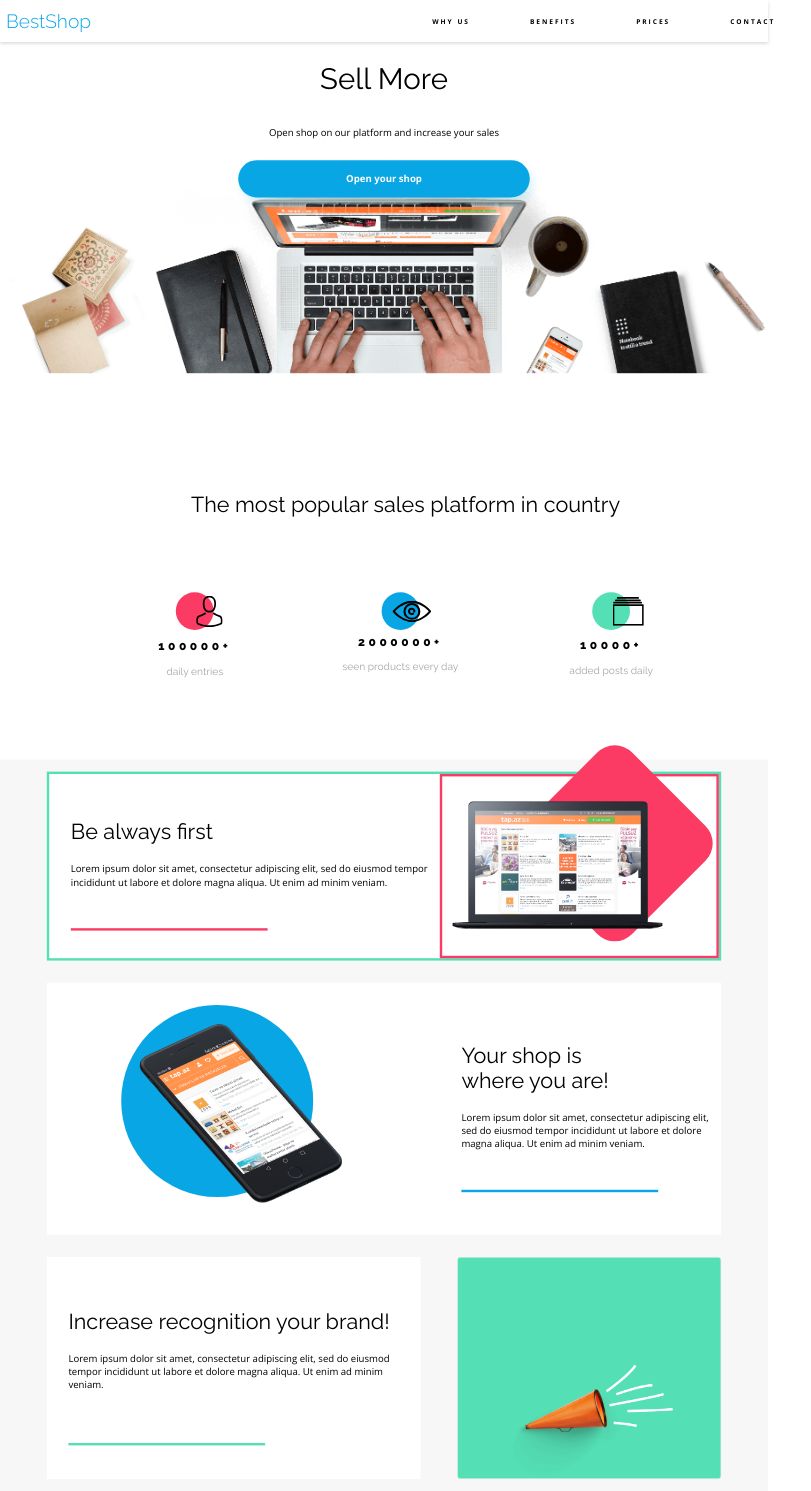
Repository: Widzisz/bestshop-website
Page: index.html
These files come from the project's save history. The page is drawn as it stood at one moment and after the next save; the edit follows.
The browser window is 1280 px wide. The page is 1352 px wide, so the pictures cover 1352 px, including what lies to the right of the window. The pictures show the whole page, at 60% of full size.

Above is the page before, as saved 2021-03-20 11:21:09.

### index.html
<!DOCTYPE html>
<html lang="en">

<head>
  <meta charset="UTF-8">
  <meta http-equiv="X-UA-Compatible" content="IE=edge">
  <meta name="viewport" content="width=device-width, initial-scale=1.0">
  <link rel="preconnect" href="https://fonts.gstatic.com">
  <link
    href="https://fonts.googleapis.com/css2?family=Open+Sans:ital,wght@0,300;0,400;0,600;0,700;0,800;1,300;1,400;1,600;1,700;1,800&family=Raleway:ital,wght@0,100;0,200;0,300;0,400;0,500;0,600;0,700;0,800;0,900;1,100;1,200;1,300;1,400;1,500;1,600;1,700;1,800;1,900&display=swap"
    rel="stylesheet">
  <title>BestShop</title>
  <link rel="stylesheet" href="css/normalize.css">
  <link rel="stylesheet" href="css/style.css">
</head>

<body>
  <div class="hero">
    <!--!!! HEADER + NAV !!!-->
    <header class="header">
      <div class="container">

        <div class="logo">
          <a href="" class="logo__title">
            BestShop
          </a>
        </div>

        <nav class="menu">
          <ul class="menu__list">
            <li><a href="">WHY US</a></li>
            <li><a href="">BENEFITS</a></li>
            <li><a href="">PRICES</a></li>
            <li><a href="">CONTACT</a></li>
          </ul>
        </nav>

      </div>
    </header>

    <!--!!! SEKCJA PIERWSZA !!!-->
    <section class="welcome">
      <div class="welcome__rows">
        <h1 class="welcome__rows-title">
          Sell More
        </h1>
        <p class="welcome__rows-text">
          Open shop on our platform and increase your sales
        </p>
        <div class="welcome__rows-btn">
          <a href="" class="welcome__rows-btn-1">
            Open your shop
          </a>
        </div>
      </div>
    </section>

    <!--!!! SEKCJA DRUGA !!!-->
    <section class="container">
      <div class="statistics">
        <h2 class="statistics__title">
          The most popular sales platform in country
        </h2>

        <div class="statistics__rows">

          <div class="statistics__rows-1">
            <div class="statistics__rows-picture">
              <div class="statistics__rows-circle-1">
              </div>
              <img src="images/person.svg" alt="" class="statistics-icon-1">
            </div>
            <p class="statistics__rows-numbers">
              100000+
            </p>
            <p class="statistics__rows-text">
              daily entries
            </p>
          </div>

          <div class="statistics__rows-2">
            <div class="statistics__rows-picture">
              <div class="statistics__rows-circle-2">
              </div>
              <img src="images/eye.svg" alt="" class="statistics-icon-2">
            </div>
            <p class="statistics__rows-numbers">
              2000000+
            </p>
            <p class="statistics__rows-text">
              seen products every day
            </p>
          </div>

          <div class="statistics__rows-3">
            <div class="statistics__rows-picture">
              <div class="statistics__rows-circle-3">
              </div>
              <img src="images/catalog.svg" alt="" class="statistics-icon-3">
            </div>
            <p class="statistics__rows-numbers">
              10000+
            </p>
            <p class="statistics__rows-text">
              added posts daily
            </p>
          </div>


        </div>
      </div>
    </section>


    <!--!!! SEKCJA TRZECIA !!!-->
    <div class="hero-2">
      <section class="container-2">

        <div class="promotion-1">
          <div class="promotion__image-1">
            <div class="promotion__picture">
              <img src="images/macbook.png" alt="" class="promotion__picture-1">
            </div>
            <div class="promotion__image-figure-1">
            </div>
          </div>
          <div class="text__rows">
            <h2 class="text__rows-title">
              Be always first
            </h2>
            <p class="text__rows-text">
              Lorem ipsum dolor sit amet, consectetur adipiscing elit, sed do eiusmod tempor incididunt ut labore et
              dolore magna aliqua. Ut enim ad minim veniam.
            </p>
            <div class="text__rows-underline-1">
            </div>
          </div>
        </div>

        <div class="promotion-2">
          <div class="promotion__image-2">
            <div class="promotion__picture">
              <img src="images/iphone.png" alt="" class="promotion__picture-2">
            </div>
            <div class="promotion__image-figure-2">
            </div>
          </div>
          <div class="text__rows-2">
            <h2 class="text__rows-title-2">
              Your shop is where you are!
            </h2>
            <p class="text__rows-text">
              Lorem ipsum dolor sit amet, consectetur adipiscing elit, sed do eiusmod tempor incididunt ut labore et
              dolore magna aliqua. Ut enim ad minim veniam.
            </p>
            <div class="text__rows-underline-2">
            </div>
          </div>
        </div>



        <div class="promotion-3">

          <div class="promotion-3__container">
            <div class="text__rows">
              <h2 class="text__rows-title-3">
                Increase recognition your brand!
              </h2>
              <p class="text__rows-text-3">
                Lorem ipsum dolor sit amet, consectetur adipiscing elit, sed do eiusmod tempor incididunt ut labore et
                dolore magna aliqua. Ut enim ad minim veniam.
              </p>
              <div class="text__rows-underline-3">
              </div>
            </div>
          </div>



          <div class="promotion__image-3">
            <div class="promotion__picture">
              <img src="images/trumpet.png" alt="" class="promotion__picture-3">
            </div>
            <div class="promotion__image-figure-3">
            </div>
          </div>
        </div>



      </section>
    </div>

  </div>

  </div>




</body>

</html>

### css/style.css
:root {
  --c-primary: #08a6e4;
  --c-primary-shadow: rgba(7, 172, 230, 0.16);
  --c-redish: #fb3b64;
  --c-green: #55dfb4;
  --c-black: #000000;
  --c-grey: #a5a5a5;
  --c-light-grey: #f7f7f7;
  --c-white: #ffffff;
  --font-open: "Open Sans", sans-serif;
  --font-raleway: "Raleway", sans-serif;
  --cursor-pointer: pointer;
}

html {
}

* {
  box-sizing: border-box;
}
body {
  margin: 0;
}

.container {
  width: 1352px;
  margin: 0 auto;
  padding-left: 10px;
  padding-right: 10px;
}

/* -------------------------------------------------------------------------
                           NAGŁÓWEK
------------------------------------------------------------------------- */
.hero {
  width: 100%;
  height: 100vh;
  background-color: var(--c-white);
}

.header {
  width: 100%;
  height: 70px;
  background-color: var(--c-white);
  box-shadow: 0px 3px 6px #00000029;
  opacity: 1;
}

.header .container {
  height: 100%;
  display: flex;
  justify-content: space-between;
  align-items: center;
}

.logo {
}

.logo__title {
  text-align: left;
  text-decoration: none;
  color: var(--c-primary);
  letter-spacing: 0px;
  opacity: 1;
  font: normal normal 300 32px/37px var(--font-raleway);
  cursor: var(--cursor-pointer);
}

.menu {
}
.menu__list {
  list-style-type: none;
  display: flex;
}
.menu__list a {
  padding: 0 50px;
  text-decoration: none;
  text-align: center;
  font: normal normal bold 11px/15px var(--font-open);
  letter-spacing: 3.28px;
  color: var(--c-black);
  opacity: 1;
  position: relative;
}

.menu__list a::before {
  content: "";
  position: absolute;
  width: 100%;
  height: 4px;
  top: 40px;
  left: 0;
  background-color: var(--c-primary);
  visibility: hidden;
  transform: scaleX(0);
  transition: all 0.3s ease-in-out 0s;
}

.menu__list a:hover::before {
  visibility: visible;
  transform: scaleX(0.5);
}

/* -------------------------------------------------------------------------
                           SEKCJA PIERWSZA
------------------------------------------------------------------------- */
.welcome {
  height: 100vh;
  background-image: url(../images/background.png);
  background-repeat: no-repeat;
  background-size: contain;
  background-position: center;
}

.welcome__rows {
  display: flex;
  justify-content: center;
  align-items: center;
  flex-direction: column;
  padding-bottom: 100px;
}

.welcome__rows-title {
  text-align: center;
  font: normal normal normal 49px/57px var(--font-raleway);
  letter-spacing: 0px;
  color: var(--c-black);
  opacity: 1;
}

.welcome__rows-text {
  text-align: center;
  font: normal normal normal 16px/22px var(--font-open);
  letter-spacing: 0px;
  color: var(--c-black);
  opacity: 1;
}

.welcome__rows-btn {
  margin-top: 20px;
  padding: 20px 180px;
  background: var(--c-primary);
  box-shadow: 5px 10px 14px #07ace629;
  border-radius: 40px;
  opacity: 1;
}

.welcome__rows-btn-1 {
  font: normal normal bold 16px/22px var(--font-open);
  text-align: center;
  letter-spacing: 0px;
  background: var(--c-primary);
  color: var(--c-white);
  text-decoration: none;
}

/* -------------------------------------------------------------------------
                           SEKCJA DRUGA
------------------------------------------------------------------------- */

.statistics {
  display: flex;
  justify-content: center;
  align-items: center;
  flex-direction: column;
}
.statistics__title {
  text-align: center;
  font: normal normal normal 36px/42px var(--font-raleway);
  letter-spacing: 0px;
  color: var(--c-black);
  opacity: 1;
  padding-bottom: 101px;
}

.statistics__rows {
  display: flex;
  justify-content: center;
  align-items: center;
  gap: 185px;
  padding-bottom: 120px;
}

.statistics__rows-picture {
  display: flex;
  justify-content: center;
  align-items: center;
}

.statistics__rows-circle-1 {
  height: 63px;
  width: 63px;
  background: var(--c-redish);
  border-radius: 50%;
  opacity: 1;
  position: absolute;
  z-index: 0;
}

.statistics__rows-circle-2 {
  height: 63px;
  width: 63px;
  background: var(--c-primary);
  border-radius: 50%;
  opacity: 1;
  position: absolute;
  z-index: 0;
}

.statistics__rows-circle-3 {
  height: 63px;
  width: 63px;
  background: var(--c-green);
  border-radius: 50%;
  opacity: 1;
  position: absolute;
  z-index: 0;
}

.statistics-icon-1 {
  position: relative;
  left: 20%;
  z-index: 1;
}

.statistics-icon-2 {
  position: relative;
  left: 10%;
  z-index: 1;
}

.statistics-icon-3 {
  position: relative;
  left: 20%;
  z-index: 1;
}

.statistics__rows-numbers {
  text-align: center;
  font: normal normal 800 20px/24px var(--font-raleway);
  letter-spacing: 5.96px;
  color: var(--c-black);
  opacity: 1;
}

.statistics__rows-text {
  text-align: center;
  font: normal normal normal 17px/20px var(--font-raleway);
  letter-spacing: 0px;
  color: var(--c-grey);
  opacity: 1;
}

/* -------------------------------------------------------------------------
                             SEKCJA TRZECIA
------------------------------------------------------------------------- */

.hero-2 {
  width: 100%;
  min-height: 100vh;
  background: var(--c-light-grey);
  padding: 20px;
  display: flex;
  justify-content: center;
}

.container-2 {
  width: 1124px;
}

.promotion-1 {
  display: flex;
  justify-content: space-between;
  align-items: center;
  flex-direction: row-reverse;
  background: var(--c-white);
  border: 4px solid var(--c-green);
}

.promotion__image-1 {
  padding-right: 71px;
  padding-bottom: 38px;
  padding-top: 38px;
  display: flex;
  justify-content: center;
  align-items: center;
  position: relative;
  border: 4px solid var(--c-redish);
}
.promotion__picture {
}
.promotion__picture-1 {
  width: 386px;
  height: 219px;
  position: relative;
  z-index: 1;
}

.promotion__image-figure-1 {
  background-color: var(--c-redish);
  width: 255px;
  height: 255px;
  border-radius: 41px;
  opacity: 1;
  transform: rotate(45deg);
  position: absolute;
  bottom: 60px;
  left: 160px;
  z-index: 0;
}

.text__rows {
  padding-left: 36px;
}

.text__rows-title {
  text-align: left;
  font: normal normal normal 36px/42px var(--font-raleway);
  letter-spacing: 0px;
  color: var(--c-black);
  opacity: 1;
}
.text__rows-text {
  text-align: left;
  font: normal normal normal 16px/22px var(--font-open);
  letter-spacing: 0px;
  color: var(--c-black);
  opacity: 1;
}
.text__rows-underline-1 {
  width: 328px;
  height: 0px;
  border-bottom: 4px solid var(--c-redish);
  padding-top: 50px;
  opacity: 1;
}

.promotion-2 {
  margin: 37px 0;
  display: flex;
  justify-content: space-between;
  align-items: center;
  background: var(--c-white);
  gap: 194px;
}

.promotion__image-2 {
  padding-left: 71px;
  padding-bottom: 38px;
  padding-top: 12px;
  display: flex;
  justify-content: center;
  align-items: center;
  position: relative;
}

.promotion__picture-2 {
  width: 426px;
  height: 328px;
  position: relative;
  top: 30px;
  left: 50px;
  z-index: 1;
}

.promotion__image-figure-2 {
  width: 320px;
  height: 320px;
  background: var(--c-primary);
  border-radius: 50%;
  position: absolute;
  z-index: 0;
}

.text__rows-underline-2 {
  width: 328px;
  height: 0px;
  border-bottom: 4px solid var(--c-primary);
  padding-top: 50px;
}

.text__rows-2 {
  padding-right: 20px;
  padding-bottom: 71px;
  padding-top: 69px;
}

.text__rows-title-2 {
  width: 246px;
  text-align: left;
  font: normal normal normal 36px/42px var(--font-raleway);
  letter-spacing: 0px;
  color: var(--c-black);
  opacity: 1;
}

.promotion-3 {
  display: flex;
  justify-content: space-between;
  align-items: center;
  column-gap: 61px;
}

.promotion-3__container {
  width: 623px;
  height: 370px;
  display: flex;
  justify-content: center;
  align-items: center;
  background-color: var(--c-white);
}

.text__rows-title-3 {
  text-align: left;
  font: normal normal normal 36px/42px var(--font-raleway);
  letter-spacing: 0px;
  color: var(--c-black);
}

.text__rows-text-3 {
  text-align: left;
  font: normal normal normal 16px/22px var(--font-open);
  letter-spacing: 0px;
  color: var(--c-black);
}

.text__rows-underline-3 {
  width: 328px;
  height: 0px;
  border-bottom: 4px solid var(--c-green);
  padding-top: 70px;
}

.promotion__image-3 {
  width: 440px;
  height: 370px;
  display: flex;
  justify-content: flex-end;
  align-items: center;
  position: relative;
}

.promotion__picture-3 {
  width: 296px;
  height: 208px;
  background: transparent;
  position: relative;
  top: 100px;
  right: 80px;
  z-index: 1;
}

.promotion__image-figure-3 {
  width: 440px;
  height: 370px;
  background: var(--c-green);
  border-radius: 5px;
  border: 1px solid #e8e9ed;
  position: absolute;
  z-index: 0;
}

Loaded but not shown: css/normalize.css (library)

After the next save:
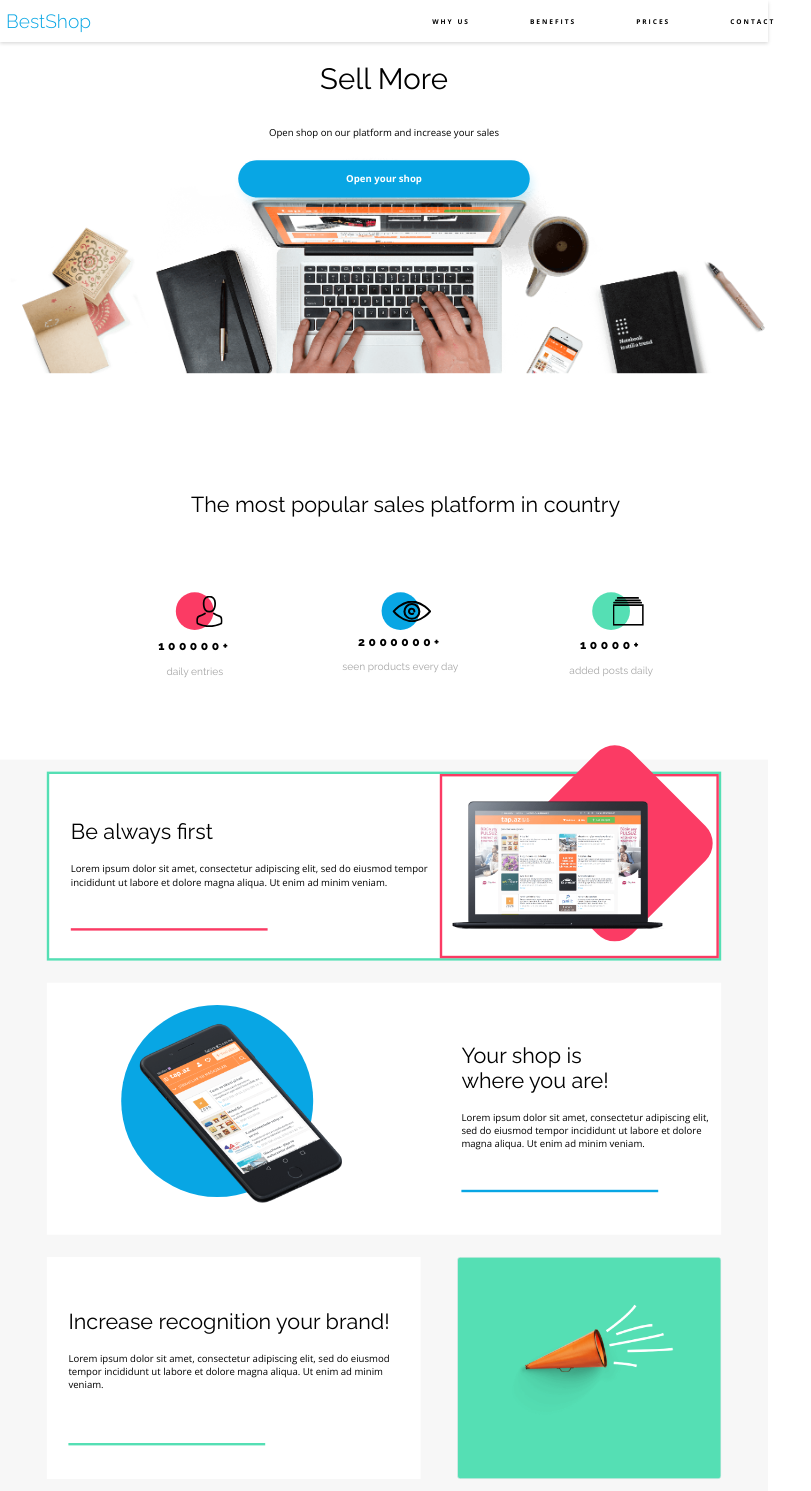
Saved 10 s later.
--- a/css/style.css
+++ b/css/style.css
@@ -445,7 +445,7 @@ body {
   height: 208px;
   background: transparent;
   position: relative;
-  top: 100px;
+  top: 40%;
   right: 80px;
   z-index: 1;
 }
